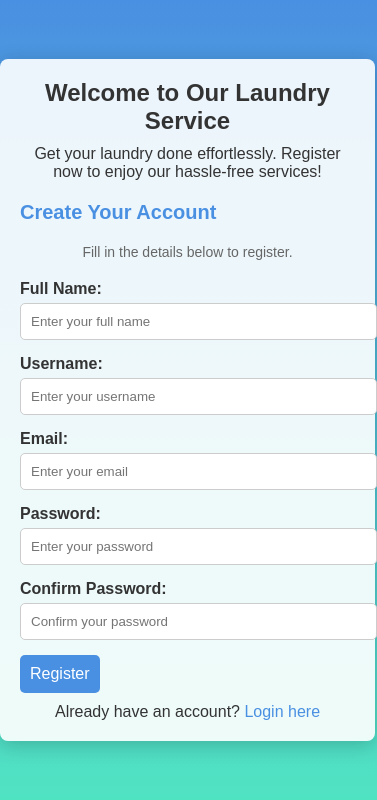
Repository: wmrmweerakoon/Online-Laundry-Management-System
Page: http://localhost/LaundryManagementSystem/Register.jsp
The author's editor kept a copy of each file at every save. The page is drawn from the files as they stood at one save, then again after the next save.
The browser window is 375 px wide. The page is 377 px wide, then 375 px, so the pictures cover 377 px, including what lies to the right of the window. The pictures show the whole page.
The page is served by Tomcat 9. Other server files are loaded and not shown.

Above is the page before, as saved 2024-10-13 10:40:57.

### Projects/LaundryManagementSystem/src/main/webapp/Register.jsp
<%@ page language="java" contentType="text/html; charset=UTF-8" pageEncoding="UTF-8"%>
<!DOCTYPE html>
<html lang="en">
<head>
    <meta charset="UTF-8">
    <meta name="viewport" content="width=device-width, initial-scale=1.0">
    <title>Register - Online Laundry Management System</title>

    <style>
    	/* Reset some default styles */
body, h1, h2, p {
    margin: 0;
    padding: 0;
}

/* Set a background for the entire body */
body {
    font-family: 'Arial', sans-serif;
    background: linear-gradient(to bottom, #4A90E2, #50E3C2);
    color: #333;
    display: flex;
    justify-content: center;
    align-items: center;
    height: 100vh;
}

/* Main container for the registration content */
.register-background {
    background-color: rgba(255, 255, 255, 0.9);
    border-radius: 8px;
    box-shadow: 0 4px 20px rgba(0, 0, 0, 0.2);
    padding: 20px;
    width: 90%;
    max-width: 400px;
}

/* Text content styling */
.text-content {
    text-align: center;
    margin-bottom: 20px;
}

h1 {
    font-size: 24px;
    margin-bottom: 10px;
}

h2 {
    font-size: 20px;
    color: #4A90E2;
    margin-bottom: 10px;
}

.info-text {
    font-size: 14px;
    color: #666;
    margin-bottom: 20px;
}

/* Register form container */
.register-container {
    display: flex;
    flex-direction: column;
}

/* Form group styles */
.form-group {
    margin-bottom: 15px;
}

label {
    font-weight: bold;
    display: block;
    margin-bottom: 5px;
}

input[type="text"],
input[type="email"],
input[type="password"] {
    width: 100%;
    padding: 10px;
    border: 1px solid #ccc;
    border-radius: 5px;
    transition: border-color 0.3s;
}

input[type="text"]:focus,
input[type="email"]:focus,
input[type="password"]:focus {
    border-color: #4A90E2;
    outline: none;
}

/* Error message styling */
.error {
    color: red;
    font-size: 12px;
    margin-top: 5px;
}

/* Button styles */
button {
    background-color: #4A90E2;
    color: white;
    border: none;
    border-radius: 5px;
    padding: 10px;
    cursor: pointer;
    font-size: 16px;
    transition: background-color 0.3s;
}

button:hover {
    background-color: #357ABD;
}

/* Link styles */
p {
    text-align: center;
    margin-top: 10px;
}

a {
    color: #4A90E2;
    text-decoration: none;
}

a:hover {
    text-decoration: underline;
}

    </style>

</head>
<body>
    <div class="register-background">
        <div class="content-container">
            <div class="text-content">
                <h1>Welcome to Our Laundry Service</h1>
                <p>Get your laundry done effortlessly. Register now to enjoy our hassle-free services!</p>
            </div>

            <div class="register-container">
                <h2>Create Your Account</h2>
                <p class="info-text">Fill in the details below to register.</p>

                <form id="registerForm" action="RegisterServlet" method="POST" onsubmit="return validateForm()">
                    <div class="form-group">
                        <label for="fullname">Full Name:</label>
                        <input type="text" id="fullname" name="fullname" placeholder="Enter your full name" required>
                    </div>
                    <div class="form-group">
                        <label for="username">Username:</label>
                        <input type="text" id="username" name="username" placeholder="Enter your username" required>
                    </div>
                    <div class="form-group">
                        <label for="email">Email:</label>
                        <input type="email" id="email" name="email" placeholder="Enter your email" required>
                    </div>
                    <div class="form-group">
                        <label for="password">Password:</label>
                        <input type="password" id="password" name="password" placeholder="Enter your password" required>
                    </div>
                    <div class="form-group">
                        <label for="confirmPassword">Confirm Password:</label>
                        <input type="password" id="confirmPassword" name="confirmPassword" placeholder="Confirm your password" required>
                    </div>
                    <button type="submit">Register</button>
                </form>
                <p>Already have an account? <a href="Login.jsp">Login here</a></p>
            </div>
        </div>
    </div>

    <script>
        // Validation script remains unchanged
        function validateForm() {
            const fullname = document.getElementById('fullname').value.trim();
            const username = document.getElementById('username').value.trim();
            const email = document.getElementById('email').value.trim();
            const password = document.getElementById('password').value;
            const confirmPassword = document.getElementById('confirmPassword').value;

            let valid = true;
            let errorMessage = "";

            clearErrors();

            // Validate Full Name
            if (fullname === "") {
                valid = false;
                errorMessage = "Full Name is required.";
                showError('fullname', errorMessage);
            }

            // Validate Username
            if (username === "") {
                valid = false;
                errorMessage = "Username is required.";
                showError('username', errorMessage);
            }

            // Validate Email
            if (email === "") {
                valid = false;
                errorMessage = "Email is required.";
                showError('email', errorMessage);
            } else if (!validateEmail(email)) {
                valid = false;
                errorMessage = "Invalid email format.";
                showError('email', errorMessage);
            }

            // Validate Password
            if (password === "") {
                valid = false;
                errorMessage = "Password is required.";
                showError('password', errorMessage);
            } else if (password.length < 8) {
                valid = false;
                errorMessage = "Password must be at least 8 characters long.";
                showError('password', errorMessage);
            }

            // Validate Confirm Password
            if (confirmPassword === "") {
                valid = false;
                errorMessage = "Please confirm your password.";
                showError('confirmPassword', errorMessage);
            } else if (password !== confirmPassword) {
                valid = false;
                errorMessage = "Passwords do not match.";
                showError('confirmPassword', errorMessage);
            }

            return valid;
        }

        function showError(inputId, message) {
            const errorElement = document.createElement('span');
            errorElement.className = 'error';
            errorElement.textContent = message;

            const inputField = document.getElementById(inputId);
            inputField.parentNode.insertBefore(errorElement, inputField.nextSibling);
        }

        function clearErrors() {
            const errorElements = document.querySelectorAll('.error');
            errorElements.forEach(element => {
                element.remove();
            });
        }

        function validateEmail(email) {
            const emailPattern = /^[^\s@]+@[^\s@]+\.[^\s@]+$/;
            return emailPattern.test(email);
        }
    </script>
</body>
</html>

After the next save:
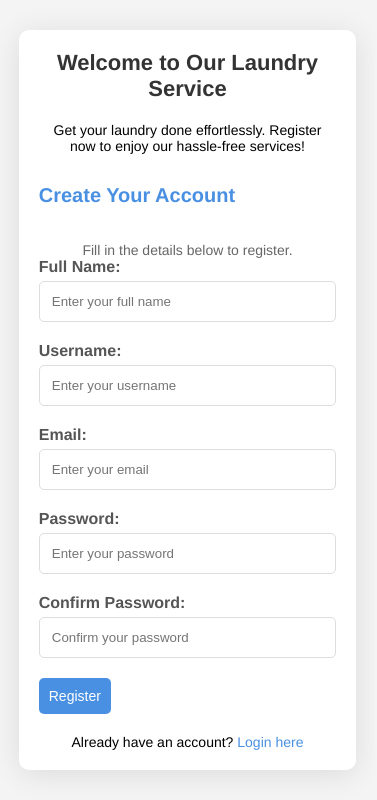
Saved 66 s later.
--- a/Projects/LaundryManagementSystem/src/main/webapp/Register.jsp
+++ b/Projects/LaundryManagementSystem/src/main/webapp/Register.jsp
@@ -8,80 +8,82 @@
 
     <style>
     	/* Reset some default styles */
-body, h1, h2, p {
+/* Reset default styles */
+* {
+    box-sizing: border-box;
     margin: 0;
     padding: 0;
 }
 
-/* Set a background for the entire body */
+/* Body styling */
 body {
-    font-family: 'Arial', sans-serif;
-    background: linear-gradient(to bottom, #4A90E2, #50E3C2);
-    color: #333;
+    font-family: 'Helvetica Neue', Arial, sans-serif;
+    background: #f4f4f4;
     display: flex;
     justify-content: center;
     align-items: center;
     height: 100vh;
 }
 
-/* Main container for the registration content */
+/* Main registration container */
 .register-background {
-    background-color: rgba(255, 255, 255, 0.9);
-    border-radius: 8px;
-    box-shadow: 0 4px 20px rgba(0, 0, 0, 0.2);
-    padding: 20px;
+    background-color: #ffffff;
+    border-radius: 10px;
+    box-shadow: 0 4px 30px rgba(0, 0, 0, 0.1);
+    padding: 40px;
     width: 90%;
-    max-width: 400px;
-}
-
-/* Text content styling */
+    max-width: 450px;
+}
+
+/* Header and text styling */
 .text-content {
     text-align: center;
-    margin-bottom: 20px;
+    margin-bottom: 30px;
 }
 
 h1 {
-    font-size: 24px;
+    font-size: 26px;
+    color: #333;
     margin-bottom: 10px;
 }
 
 h2 {
-    font-size: 20px;
+    font-size: 22px;
     color: #4A90E2;
-    margin-bottom: 10px;
+    margin-bottom: 15px;
 }
 
 .info-text {
     font-size: 14px;
     color: #666;
-    margin-bottom: 20px;
-}
-
-/* Register form container */
+}
+
+/* Form styling */
 .register-container {
     display: flex;
     flex-direction: column;
 }
 
-/* Form group styles */
+/* Form group styling */
 .form-group {
-    margin-bottom: 15px;
+    margin-bottom: 20px;
 }
 
 label {
     font-weight: bold;
     display: block;
     margin-bottom: 5px;
+    color: #555;
 }
 
 input[type="text"],
 input[type="email"],
 input[type="password"] {
     width: 100%;
-    padding: 10px;
-    border: 1px solid #ccc;
+    padding: 12px;
+    border: 1px solid #ddd;
     border-radius: 5px;
-    transition: border-color 0.3s;
+    transition: border-color 0.3s ease;
 }
 
 input[type="text"]:focus,
@@ -93,40 +95,64 @@ input[type="password"]:focus {
 
 /* Error message styling */
 .error {
-    color: red;
+    color: #e74c3c;
     font-size: 12px;
     margin-top: 5px;
 }
 
-/* Button styles */
+/* Button styling */
 button {
     background-color: #4A90E2;
-    color: white;
+    color: #ffffff;
     border: none;
     border-radius: 5px;
-    padding: 10px;
+    padding: 12px;
     cursor: pointer;
     font-size: 16px;
-    transition: background-color 0.3s;
+    transition: background-color 0.3s ease, transform 0.2s ease;
 }
 
 button:hover {
     background-color: #357ABD;
-}
-
-/* Link styles */
+    transform: translateY(-1px);
+}
+
+/* Link styling */
 p {
     text-align: center;
-    margin-top: 10px;
+    margin-top: 20px;
+    font-size: 14px;
 }
 
 a {
     color: #4A90E2;
     text-decoration: none;
+    transition: color 0.3s ease;
 }
 
 a:hover {
+    color: #357ABD;
     text-decoration: underline;
+}
+
+/* Media queries for responsiveness */
+@media (max-width: 500px) {
+    .register-background {
+        padding: 20px;
+    }
+
+    h1 {
+        font-size: 22px;
+    }
+
+    h2 {
+        font-size: 20px;
+    }
+
+    button {
+        padding: 10px;
+        font-size: 14px;
+    }
 }
 
     </style>
